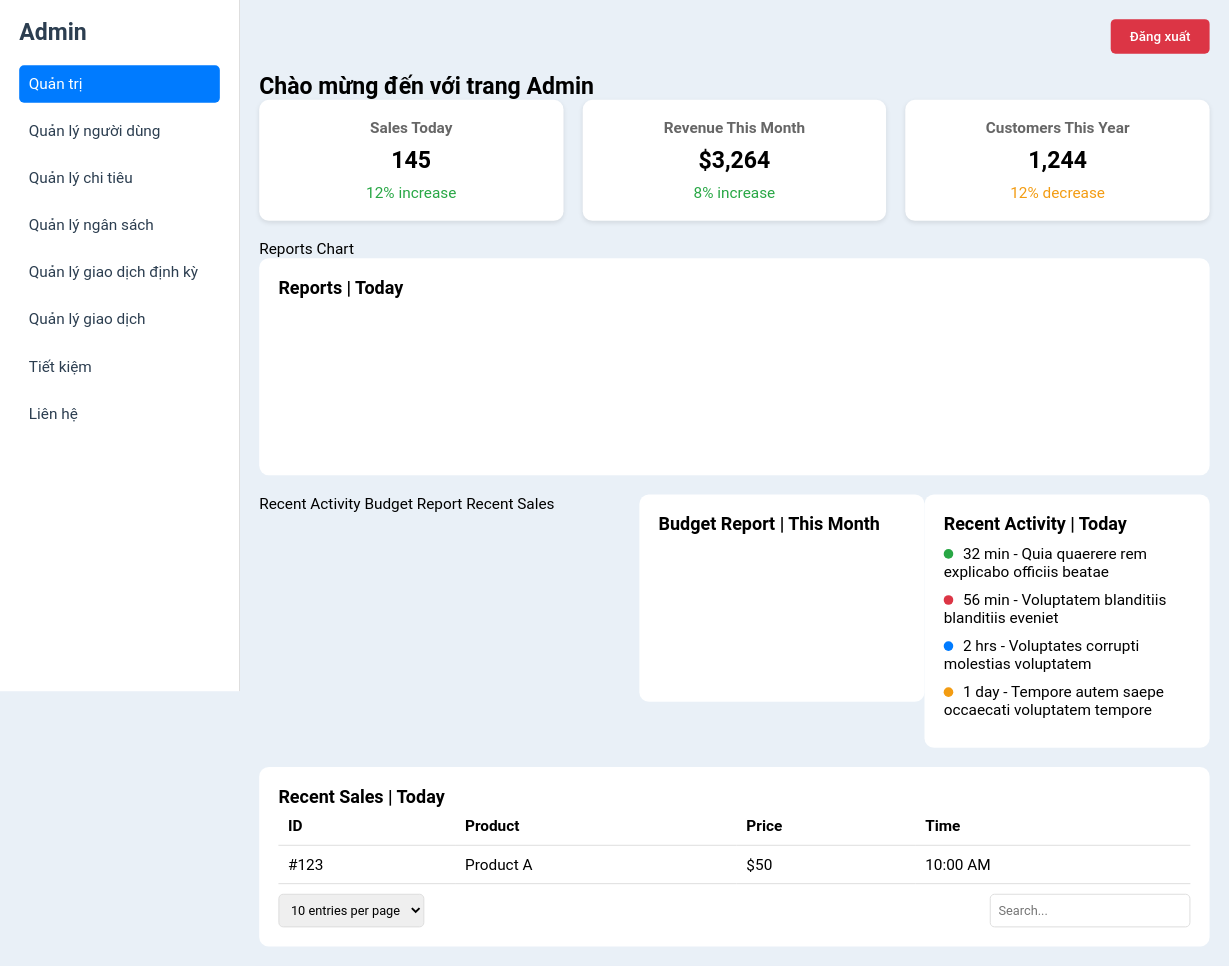
Repository: PhanVanHoa051204/Project3
Page: http://localhost/Project3/dashboard.jsp
The author's editor kept a copy of each file at every save. The page is drawn from the files as they stood at one save, then again after the next save.
The browser window is 1280 px wide. The pictures show the whole page, at 96% of full size.
The page is served by Tomcat 9.

Above is the page before, as saved 2025-03-14 11:26:13.

After the next save:
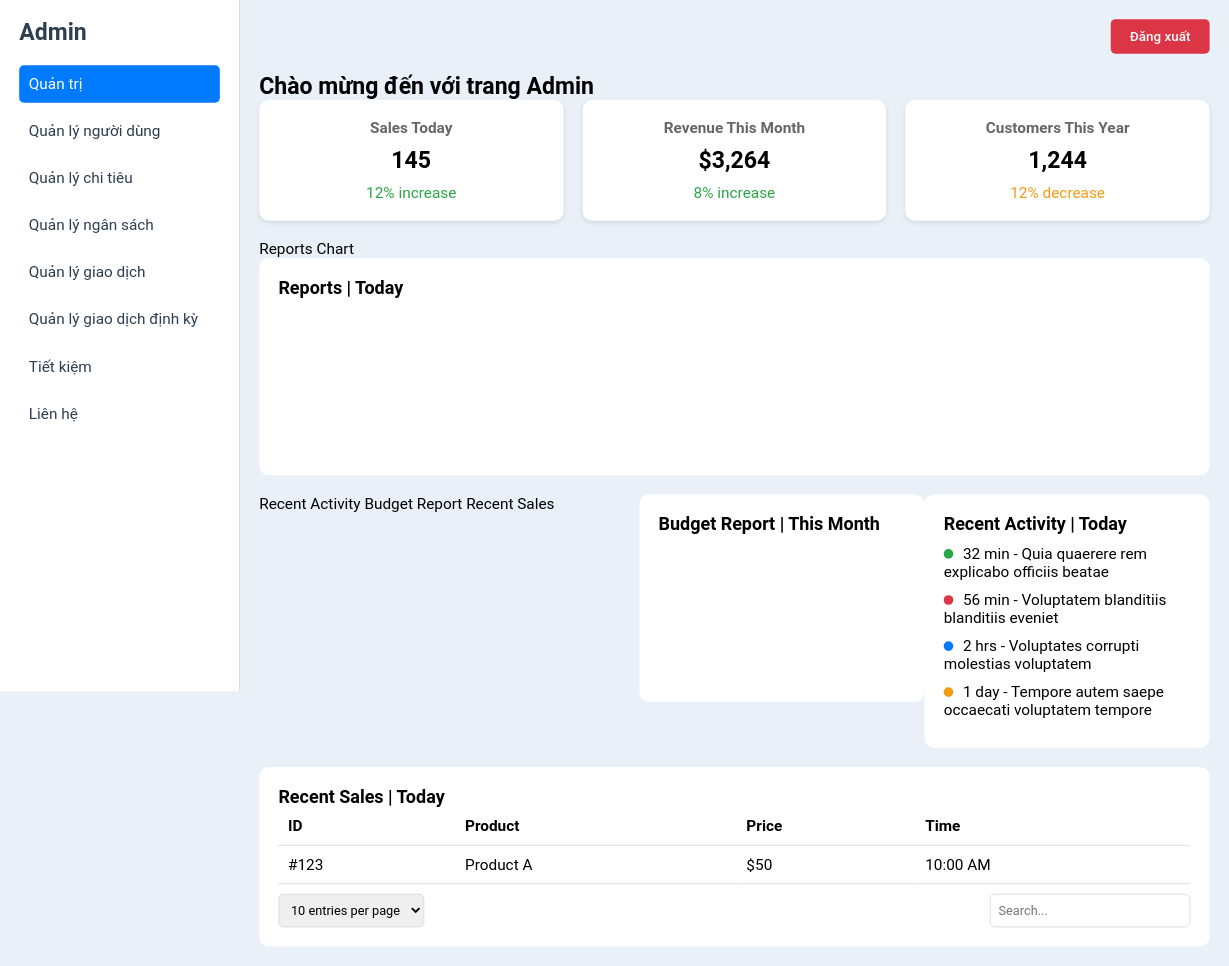
Saved 25 s later.
--- a/PhanVanHoa_2210900023_K22CNT1/Project3/src/main/webapp/dashboard.jsp
+++ b/PhanVanHoa_2210900023_K22CNT1/Project3/src/main/webapp/dashboard.jsp
@@ -16,14 +16,22 @@
 			<div class="logo">Admin</div>
 			<ul>
 				<li class="active"><a href="#">Quản trị</a></li>
-				<li><a class ="" href="${pageContext.request.contextPath}/NguoiDung/users.jsp">Quản lý người dùng</a></li>
-				<li><a class ="" href="${pageContext.request.contextPath}/ChiTieu/categories.jsp" >Quản lý chi tiêu</a></li>
-				<li><a class ="" href="${pageContext.request.contextPath}/NganSach/budgets.jsp" >Quản lý ngân sách</a></li>
+				<li><a class=""
+					href="${pageContext.request.contextPath}/NguoiDung/users.jsp">Quản
+						lý người dùng</a></li>
+				<li><a class=""
+					href="${pageContext.request.contextPath}/ChiTieu/categories.jsp">Quản
+						lý chi tiêu</a></li>
+				<li><a class=""
+					href="${pageContext.request.contextPath}/NganSach/budgets.jsp">Quản
+						lý ngân sách</a></li>
+				<li><a href="#">Quản lý giao dịch</a></li>
 				<li><a href="#">Quản lý giao dịch định kỳ</a></li>
-				<li><a href="#">Quản lý giao dịch</a></li>
+
 
 				<li><a href="#">Tiết kiệm</a></li>
-				<li><a href="https://web.facebook.com/PhanHoa05122004">Liên hệ</a></li>
+				<li><a href="https://web.facebook.com/PhanHoa05122004">Liên
+						hệ</a></li>
 
 			</ul>
 		</div>
@@ -31,7 +39,7 @@
 		<!-- Main Content -->
 		<div class="main-content">
 			<header>
-				 <div class="">
+				<div class="">
 					<!-- <input type="" placeholder=""> -->
 				</div>
 				<div class="submit-section">
